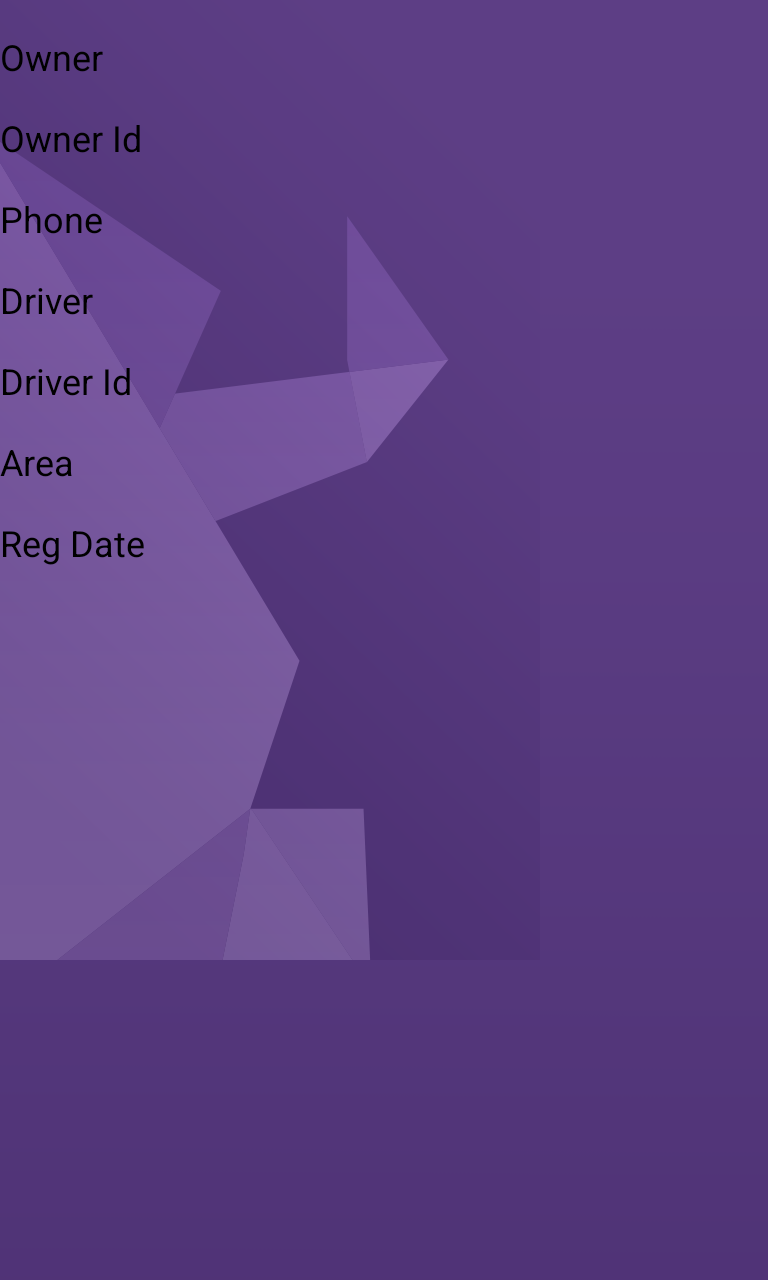
Repository: walteranyika/personal
Layout: PikiPiki/res/layout/activity_details.xml
These files come from the project's save history. The layout is drawn as it stood at one moment and after the next save; the edit follows.
It is drawn on a 768 x 1280 px phone screen (xhdpi) without system bars, with theme AppTheme; the app's code is not run.

Above is the layout before, as saved 2015-11-06 07:26:38.

### PikiPiki/res/layout/activity_details.xml
<RelativeLayout xmlns:android="http://schemas.android.com/apk/res/android"
    xmlns:tools="http://schemas.android.com/tools"
    android:layout_width="match_parent"
    android:layout_height="match_parent"
    tools:context=".DetailsActivity"
    android:background="@drawable/background_fill" >

    <ImageView
        android:id="@+id/imageView1"
        android:layout_width="wrap_content"
        android:layout_height="match_parent"
        android:layout_alignParentLeft="true"
        android:layout_alignParentTop="true"
        android:scaleType="fitStart"
        android:contentDescription="@string/background_image"
        android:src="@drawable/background" />
    <LinearLayout
        android:id="@+id/linearLayout1"
        android:layout_width="fill_parent"
        android:layout_height="wrap_content"
        android:layout_marginTop="16dp" >

        <TextView
            android:id="@+id/textView2"
            android:layout_width="0dp"
            android:layout_weight="0.3"
            android:layout_height="wrap_content"
            android:text="@string/owner"
            android:textAppearance="?android:attr/textAppearanceMedium" />

        <TextView
            android:id="@+id/tvOwnerName"
            android:layout_width="0dp"
            android:layout_height="wrap_content"
            android:layout_weight="0.7"
            android:text="@string/empty_string"
            android:textAppearance="?android:attr/textAppearanceMedium" />
    </LinearLayout>

    <LinearLayout
        android:id="@+id/LinearLayout01"
        android:layout_width="fill_parent"
        android:layout_height="wrap_content"
        android:layout_alignParentLeft="true"
        android:layout_below="@+id/linearLayout1"
        android:layout_marginTop="16dp" >

        <TextView
            android:id="@+id/TextView01"
            android:layout_width="0dp"
            android:layout_height="wrap_content"
            android:layout_weight="0.3"
            android:text="@string/owner_id"
            android:textAppearance="?android:attr/textAppearanceMedium" />

        <TextView
            android:id="@+id/tvOwnerId"
            android:layout_width="0dp"
            android:layout_height="wrap_content"
            android:layout_weight="0.7"
            android:text="@string/empty_string"
            android:textAppearance="?android:attr/textAppearanceMedium" />
    </LinearLayout>

    <LinearLayout
        android:id="@+id/LinearLayout02"
        android:layout_width="fill_parent"
        android:layout_height="wrap_content"
        android:layout_alignParentLeft="true"
        android:layout_below="@+id/LinearLayout01"
        android:layout_marginTop="16dp" >

        <TextView
            android:id="@+id/TextView03"
            android:layout_width="0dp"
            android:layout_height="wrap_content"
            android:layout_weight="0.3"
            android:text="@string/phone"
            android:textAppearance="?android:attr/textAppearanceMedium" />

        <TextView
            android:id="@+id/tvPhone"
            android:layout_width="0dp"
            android:layout_height="wrap_content"
            android:layout_weight="0.7"
            android:text="@string/empty_string"
            android:textAppearance="?android:attr/textAppearanceMedium" />
    </LinearLayout>

    <LinearLayout
        android:id="@+id/LinearLayout03"
        android:layout_width="fill_parent"
        android:layout_height="wrap_content"
        android:layout_alignParentLeft="true"
        android:layout_below="@+id/LinearLayout02"
        android:layout_marginTop="16dp" >

        <TextView
            android:id="@+id/TextView05"
            android:layout_width="0dp"
            android:layout_height="wrap_content"
            android:layout_weight="0.3"
            android:text="@string/driver"
            android:textAppearance="?android:attr/textAppearanceMedium" />

        <TextView
            android:id="@+id/tvDriverName"
            android:layout_width="0dp"
            android:layout_height="wrap_content"
            android:layout_weight="0.7"
            android:text="@string/empty_string"
            android:textAppearance="?android:attr/textAppearanceMedium" />
    </LinearLayout>

    <LinearLayout
        android:id="@+id/LinearLayout04"
        android:layout_width="fill_parent"
        android:layout_height="wrap_content"
        android:layout_alignParentLeft="true"
        android:layout_below="@+id/LinearLayout03"
        android:layout_marginTop="16dp" >

        <TextView
            android:id="@+id/TextView07"
            android:layout_width="0dp"
            android:layout_height="wrap_content"
            android:layout_weight="0.3"
            android:text="@string/driver_id"
            android:textAppearance="?android:attr/textAppearanceMedium" />

        <TextView
            android:id="@+id/tvDriverId"
            android:layout_width="0dp"
            android:layout_height="wrap_content"
            android:layout_weight="0.7"
            android:text="@string/empty_string"
            android:textAppearance="?android:attr/textAppearanceMedium" />
    </LinearLayout>

    <LinearLayout
        android:id="@+id/LinearLayout05"
        android:layout_width="fill_parent"
        android:layout_height="wrap_content"
        android:layout_alignParentLeft="true"
        android:layout_below="@+id/LinearLayout04"
        android:layout_marginTop="16dp">

        <TextView
            android:id="@+id/TextView09"
            android:layout_width="0dp"
            android:layout_height="wrap_content"
            android:layout_weight="0.3"
            android:text="@string/area"
            android:textAppearance="?android:attr/textAppearanceMedium" />

        <TextView
            android:id="@+id/tvAreaOperation"
            android:layout_width="0dp"
            android:layout_height="wrap_content"
            android:layout_weight="0.7"
            android:text="@string/empty_string"
            android:textAppearance="?android:attr/textAppearanceMedium" />
    </LinearLayout>

    <LinearLayout
        android:id="@+id/LinearLayout06"
        android:layout_width="fill_parent"
        android:layout_height="wrap_content"
        android:layout_alignParentLeft="true"
        android:layout_below="@+id/LinearLayout05"
        android:layout_marginTop="16dp" >

        <TextView
            android:id="@+id/TextView11"
            android:layout_width="0dp"
            android:layout_height="wrap_content"
            android:layout_weight="0.3"
            android:text="@string/reg_date"
            android:textAppearance="?android:attr/textAppearanceMedium" />

        <TextView
            android:id="@+id/tvDate"
            android:layout_width="0dp"
            android:layout_height="wrap_content"
            android:layout_weight="0.7"
            android:text="@string/empty_string"
            android:textAppearance="?android:attr/textAppearanceMedium" />
    </LinearLayout>

</RelativeLayout>

### PikiPiki/res/values/themes_apptheme.xml
<?xml version="1.0" encoding="utf-8"?>

<!-- Generated with http://android-holo-colors.com -->
<resources xmlns:android="http://schemas.android.com/apk/res/android">

  <style name="AppTheme" parent="@style/_AppTheme"/>

  <style name="_AppTheme" parent="android:Theme.Holo.Light">

    <item name="android:editTextBackground">@drawable/apptheme_edit_text_holo_light</item>

    <item name="android:buttonStyle">@style/ButtonAppTheme</item>

    <item name="android:imageButtonStyle">@style/ImageButtonAppTheme</item>

  </style>

</resources>

### PikiPiki/res/values/styles_apptheme.xml
<?xml version="1.0" encoding="utf-8"?>

<!-- Generated with http://android-holo-colors.com -->
<resources xmlns:android="http://schemas.android.com/apk/res/android">

  <style name="ButtonAppTheme" parent="android:Widget.Holo.Light.Button">
	  <item name="android:background">@drawable/apptheme_btn_default_holo_light</item>
  </style>

  <style name="ImageButtonAppTheme" parent="android:Widget.Holo.Light.ImageButton">
	  <item name="android:background">@drawable/apptheme_btn_default_holo_light</item>
  </style>

</resources>

### PikiPiki/res/drawable/apptheme_btn_default_holo_light.xml
<?xml version="1.0" encoding="utf-8"?>

<selector xmlns:android="http://schemas.android.com/apk/res/android">
    <item android:state_window_focused="false" android:state_enabled="true"
        android:drawable="@drawable/apptheme_btn_default_normal_holo_light" />
    <item android:state_window_focused="false" android:state_enabled="false"
        android:drawable="@drawable/apptheme_btn_default_disabled_holo_light" />
    <item android:state_pressed="true"
        android:drawable="@drawable/apptheme_btn_default_pressed_holo_light" />
    <item android:state_focused="true" android:state_enabled="true"
        android:drawable="@drawable/apptheme_btn_default_focused_holo_light" />
    <item android:state_enabled="true"
        android:drawable="@drawable/apptheme_btn_default_normal_holo_light" />
    <item android:state_focused="true"
        android:drawable="@drawable/apptheme_btn_default_disabled_focused_holo_light" />
    <item
         android:drawable="@drawable/apptheme_btn_default_disabled_holo_light" />
</selector>

### PikiPiki/res/values/strings.xml
<?xml version="1.0" encoding="utf-8"?>
<resources>

    <string name="app_name">PikiPiki</string>
    <string name="action_settings">Settings</string>
    <string name="motorbike">Motor Bike</string>
    <string name="sync">Sync</string>
    <string name="phone">Phone</string>
    <string name="_0734567843">Phone</string>
    <string name="area">Area</string>
    <string name="reg_date">Reg Date</string>
    <string name="driver_id">Driver Id</string>
    <string name="driver">Driver</string>
    <string name="owner">Owner</string>
    <string name="owner_id">Owner Id</string>
    <string name="search">Search</string>
    <string name="bike_reg_number">Bike Reg Number</string>
    <string name="back_ground_image">Back Ground Image</string>
    <string name="title_activity_details">DetailsActivity</string>
    <string name="hello_world">Hello world!</string>
    <string name="background_image">Background Image</string>
    <string name="empty_string"></string>

</resources>

Loaded but not shown: PikiPiki/res/values/styles.xml (common file); PikiPiki/res/drawable/apptheme_edit_text_holo_light.xml (common file); PikiPiki/res/values-v11/styles.xml (common file); PikiPiki/res/values-v14/styles.xml (common file)

After the next save:
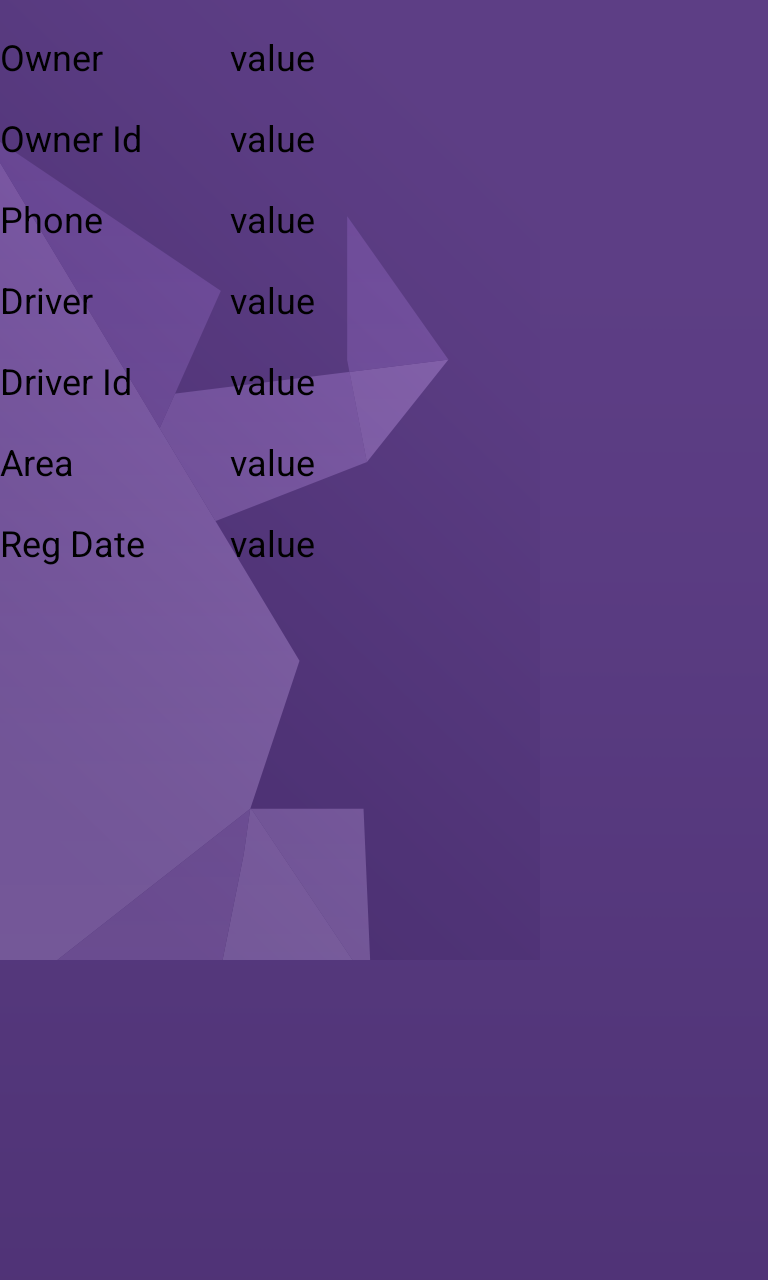
Saved 30 s later.
--- a/PikiPiki/res/values/strings.xml
+++ b/PikiPiki/res/values/strings.xml
@@ -19,6 +19,6 @@
     <string name="title_activity_details">DetailsActivity</string>
     <string name="hello_world">Hello world!</string>
     <string name="background_image">Background Image</string>
-    <string name="empty_string"></string>
+    <string name="empty_string">value</string>
 
 </resources>
